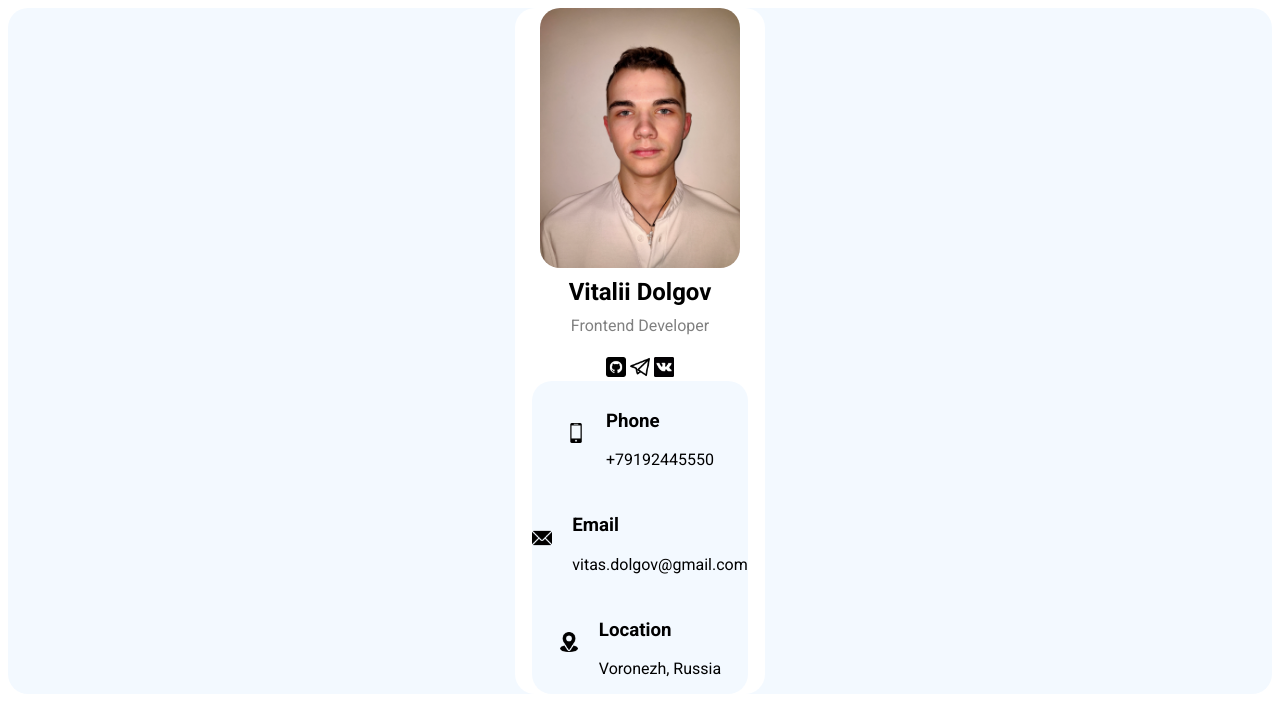
Repository: VitasYo/User_card
Page: src/index.html
These files come from the project's save history. The page is drawn as it stood at one moment and after the next save; the edit follows.
The browser window is 1280 px wide. The pictures show the whole page.

Above is the page before, as saved 2024-04-09 20:01:22.

After the next save:
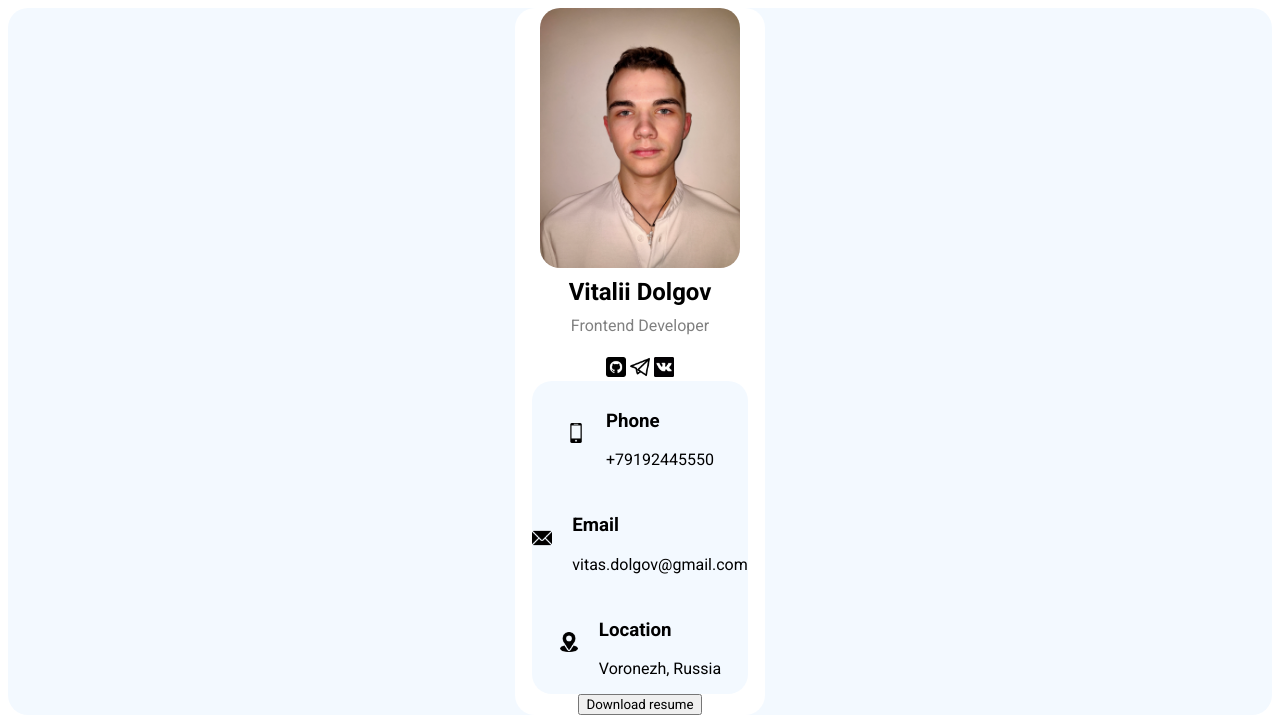
Saved 2 min 18 s later.
--- a/src/index.html
+++ b/src/index.html
@@ -49,6 +49,7 @@
             </div>
           </div>
         </div>
+        <button>Download resume</button>
       </div>
     </section>
   </body>
